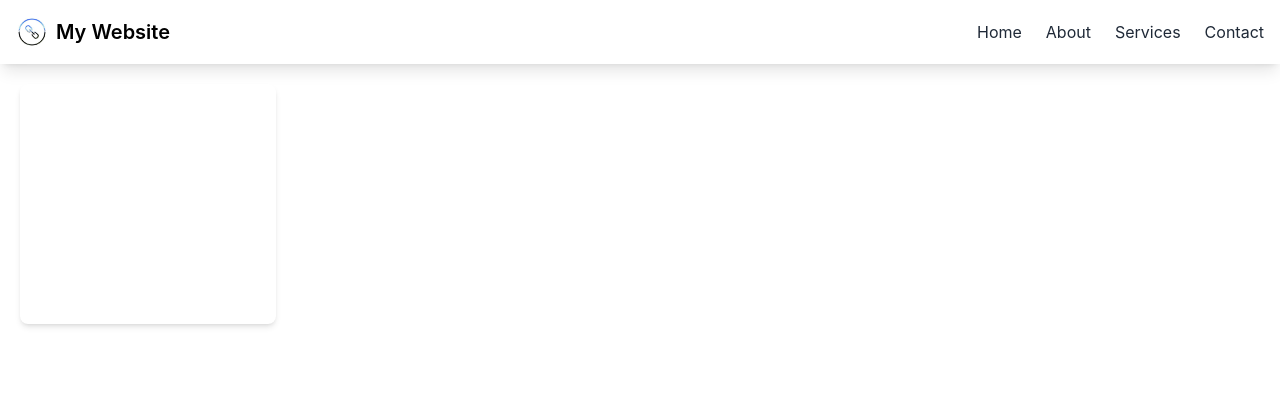
Repository: Abel-A16/react-tailwind
Page: /
An editor plug-in stored every save of this project. The page is shown before and after the next save, followed by the edit.
The browser window is 1280 px wide. The pictures show the whole page.
The project was rebuilt for these pictures with package versions that can differ from the ones it lists, and the page was loaded fresh each time.

Above is the page before, as saved 2024-10-11 10:55:35.

### src/App.js
import logo from './logo.svg';
import './App.css';
import NavBar from './components/NavBar';
import CardComponent from './components/CardComponent';

function App() {
  return (
    <div className="App">
      <NavBar/>
      <CardComponent/>
    </div>
  );
}

export default App;

### src/components/NavBar.js
import React, { useState } from "react";

const Navbar = () => {
  // State for controlling mobile menu visibility
  const [isMobileMenuOpen, setIsMobileMenuOpen] = useState(false);
  // State for controlling services dropdown
  const [isDropdownOpen, setIsDropdownOpen] = useState(false);

  const toggleMobileMenu = () => {
    setIsMobileMenuOpen(!isMobileMenuOpen);
  };

  const toggleDropdown = () => {
    setIsDropdownOpen(!isDropdownOpen);
  };

  return (
    <nav className="bg-white shadow-lg">
      <div className="max-w-7xl mx-auto px-4">
        <div className="flex justify-between items-center py-4">
          {/* Logo */}
          <div className="flex items-center space-x-2">
            <img src="data:[embedded picture, 8135 characters]" alt="Logo" className="h-8 w-8" />
            <span className="text-xl font-semibold">My Website</span>
          </div>

          {/* Links (hidden on small screens) */}
          <div className="hidden md:flex space-x-6">
            <a href="#" className="text-gray-800 hover:text-blue-500">
              Home
            </a>
            <a href="#" className="text-gray-800 hover:text-blue-500">
              About
            </a>

            {/* Dropdown for Services */}
            <div
              className="relative group"
              onMouseEnter={() => setIsDropdownOpen(true)}
              onMouseLeave={() => setIsDropdownOpen(false)}
            >
              <button
                className="text-gray-800 hover:text-blue-500 focus:outline-none"
                onClick={toggleDropdown}
              >
                Services
              </button>
              {isDropdownOpen && (
                <div className="absolute bg-white shadow-md mt-2 rounded-lg w-48">
                  <a
                    href="#"
                    className="block px-4 py-2 text-gray-800 hover:bg-gray-100"
                  >
                    Service 1
                  </a>
                  <a
                    href="#"
                    className="block px-4 py-2 text-gray-800 hover:bg-gray-100"
                  >
                    Service 2
                  </a>
                  <a
                    href="#"
                    className="block px-4 py-2 text-gray-800 hover:bg-gray-100"
                  >
                    Service 3
                  </a>
                </div>
              )}
            </div>

            <a href="#" className="text-gray-800 hover:text-blue-500">
              Contact
            </a>
          </div>

          {/* Hamburger menu (visible on small screens) */}
          <div className="md:hidden">
            <button
              onClick={toggleMobileMenu}
              className="focus:outline-none"
              aria-label="Toggle mobile menu"
            >
              <svg
                className="h-8 w-8 text-gray-800"
                xmlns="http://www.w3.org/2000/svg"
                fill="none"
                viewBox="0 0 24 24"
                stroke="currentColor"
              >
                <path
                  strokeLinecap="round"
                  strokeLinejoin="round"
                  strokeWidth="2"
                  d="M4 6h16M4 12h16M4 18h16"
                />
              </svg>
            </button>
          </div>
        </div>

        {/* Mobile Menu (hidden by default) */}
        {isMobileMenuOpen && (
          <div className="md:hidden">
            <a
              href="#"
              className="block px-4 py-2 text-gray-800 hover:bg-gray-100"
            >
              Home
            </a>
            <a
              href="#"
              className="block px-4 py-2 text-gray-800 hover:bg-gray-100"
            >
              About
            </a>

            {/* Mobile Services dropdown */}
            <div className="block">
              <a
                href="#"
                className="block px-4 py-2 text-gray-800 hover:bg-gray-100"
                onClick={toggleDropdown}
              >
                Services
              </a>
              {isDropdownOpen && (
                <div className="pl-4">
                  <a
                    href="#"
                    className="block px-4 py-2 text-gray-800 hover:bg-gray-100"
                  >
                    Service 1
                  </a>
                  <a
                    href="#"
                    className="block px-4 py-2 text-gray-800 hover:bg-gray-100"
                  >
                    Service 2
                  </a>
                  <a
                    href="#"
                    className="block px-4 py-2 text-gray-800 hover:bg-gray-100"
                  >
                    Service 3
                  </a>
                </div>
              )}
            </div>
            <a
              href="#"
              className="block px-4 py-2 text-gray-800 hover:bg-gray-100"
            >
              Contact
            </a>
          </div>
        )}
      </div>
    </nav>
  );
};

export default Navbar;

### src/components/CardComponent.js
import React from 'react'

function CardComponent({imageUrl, title, description}) {
  return (
    <div className='bg-white w-64 h-60 m-5 shadow-md rounded-lg overflow-hidden hover:scale-105'>

    </div>
  )
}

export default CardComponent

### tailwind.config.js
module.exports = {
  content: [
    "./src/**/*.{js,jsx,ts,tsx}",
  ],
  theme: {
    extend: {},
  },
  plugins: [],
}

Loaded but not shown: public/index.html (common file); src/index.js (common file); src/index.css (common file); src/reportWebVitals.js (common file); src/App.css (common file)

After the next save:
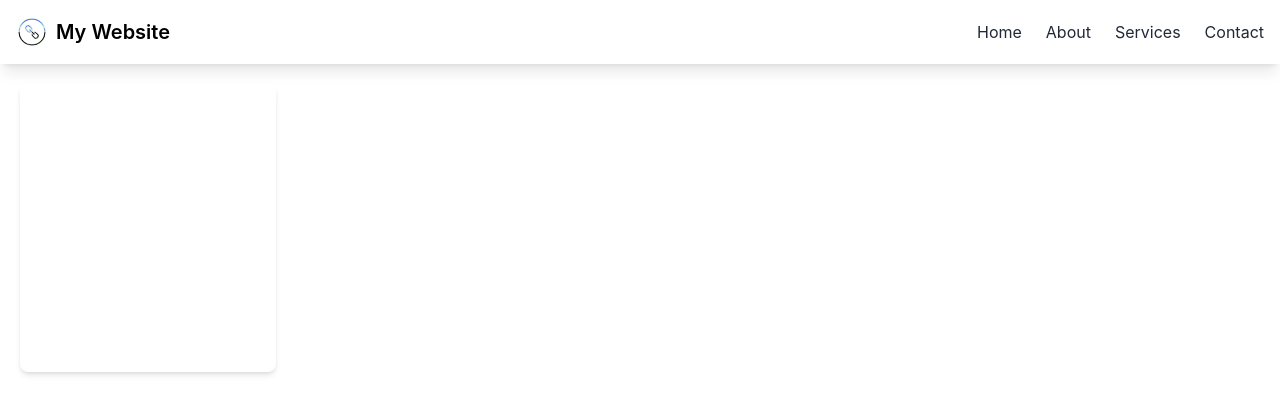
Saved 9 s later.
--- a/src/components/CardComponent.js
+++ b/src/components/CardComponent.js
@@ -2,7 +2,7 @@
 
 function CardComponent({imageUrl, title, description}) {
   return (
-    <div className='bg-white w-64 h-60 m-5 shadow-md rounded-lg overflow-hidden hover:scale-105'>
+    <div className='bg-white w-64 h-72 m-5 shadow-md rounded-lg overflow-hidden hover:scale-105'>
 
     </div>
   )
